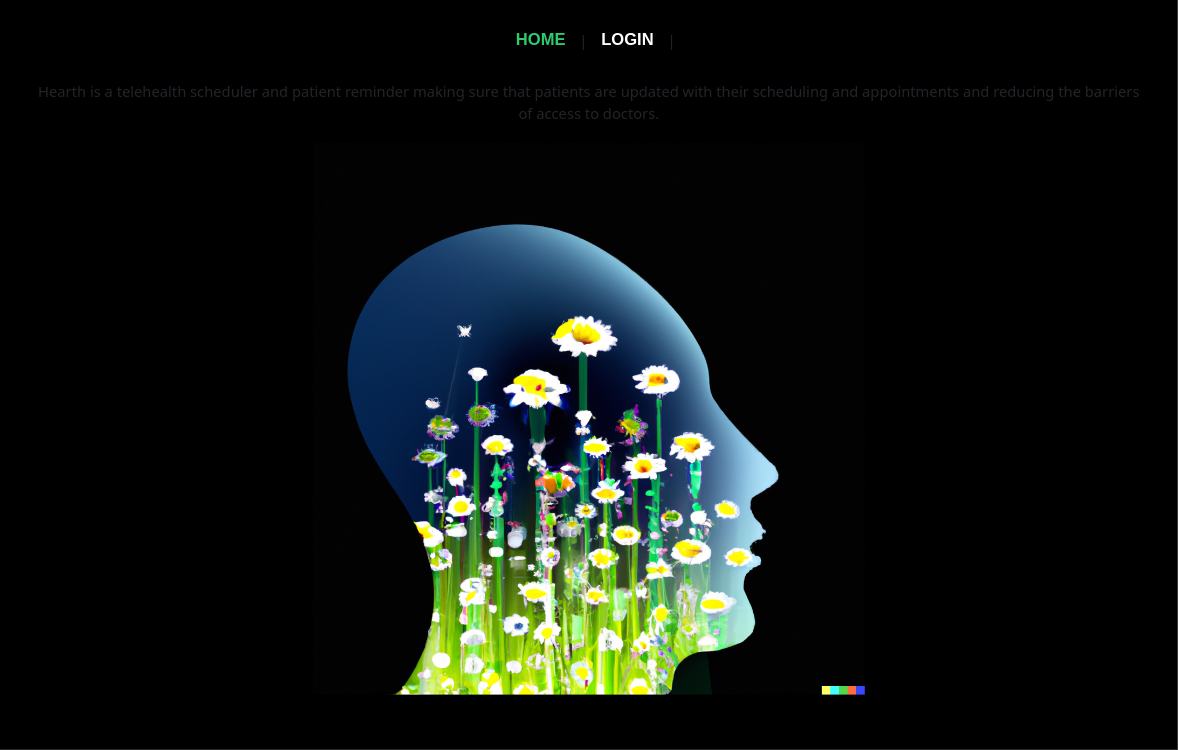
Repository: ag1372/RutgersHealthHackathon
Page: / (app in ruhealthhack/)
The author's editor kept a copy of each file at every save. The page is drawn from the files as they stood at one save, then again after the next save.
The browser window is 1280 px wide. The pictures show the whole page, at 92% of full size.
The project was rebuilt for these pictures with package versions that can differ from the ones it lists, and the page was loaded fresh each time. Also part of the build but not shown: ruhealthhack/vue.config.js, ruhealthhack/views/Login.vue, ruhealthhack/views/Registration.vue.

Above is the page before, as saved 2023-11-04 19:08:23.

After the next save:
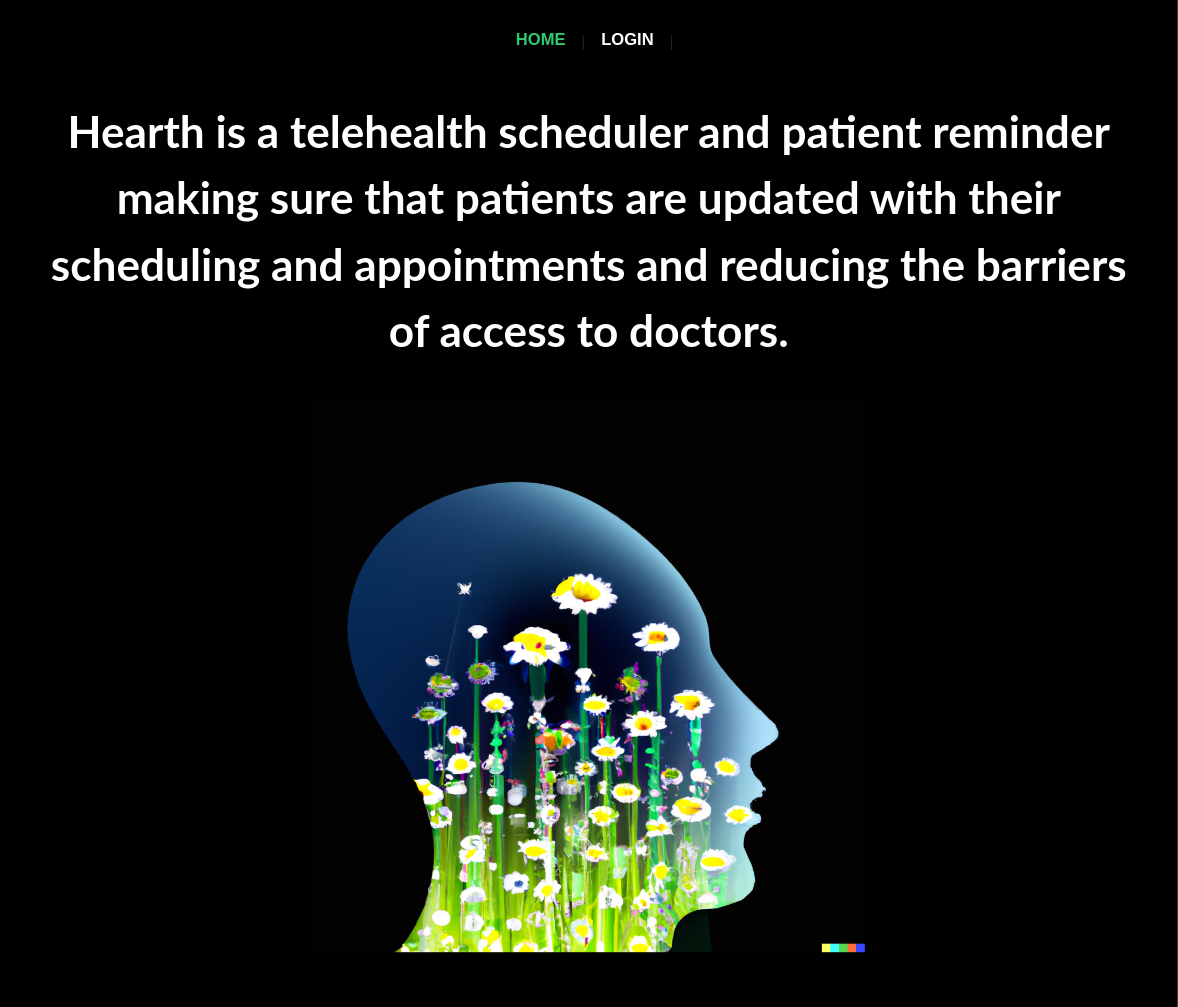
Saved 26 s later.
--- a/ruhealthhack/views/Home.vue
+++ b/ruhealthhack/views/Home.vue
@@ -2,7 +2,7 @@
     <div id="app">
 
 
-      <div class="centered-text">
+      <div class="dynamic-text">
         Hearth is a telehealth scheduler and patient reminder making sure that
         patients are updated with their scheduling and appointments and reducing
         the barriers of access to doctors.
